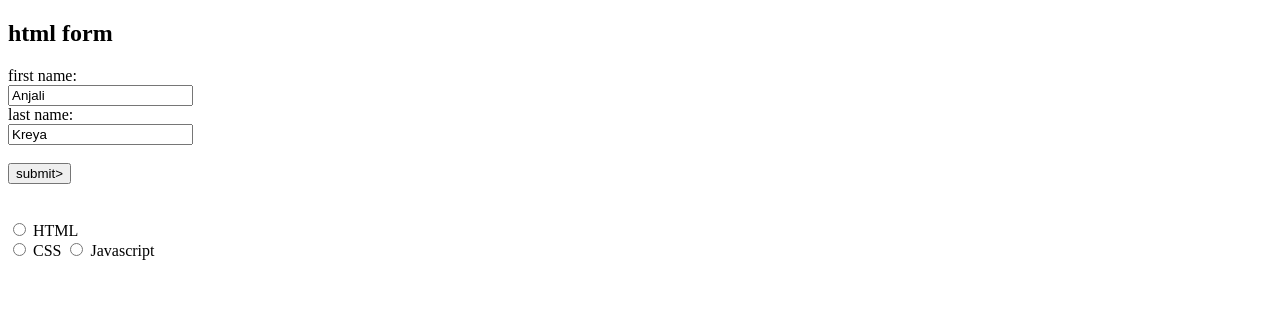
Repository: pratixa-chauhan/practice
Page: style/form.html
The author's editor kept a copy of each file at every save. The page is drawn from the files as they stood at one save, then again after the next save.
The browser window is 1280 px wide. The pictures show the whole page.

Above is the page before, as saved 2021-12-17 17:16:41.

After the next save:
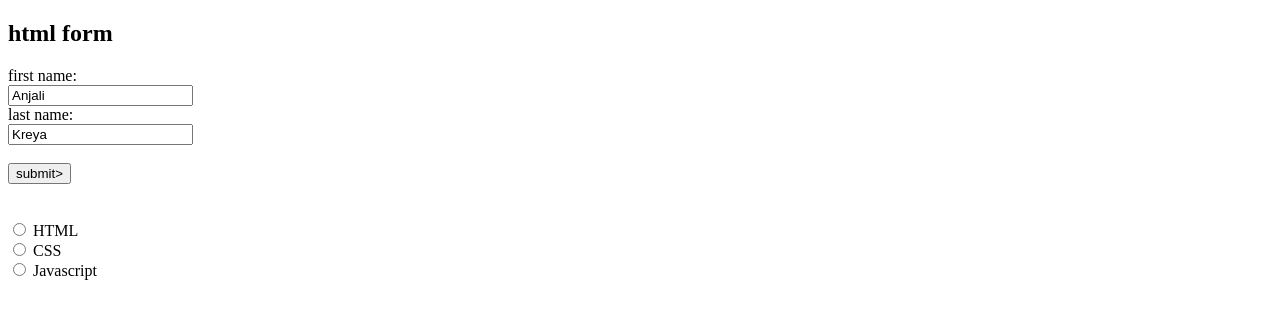
Saved 24 s later.
--- a/style/form.html
+++ b/style/form.html
@@ -14,7 +14,7 @@
        <input type="radio" id="html" name="fav_language" value="HTML">
        <label for="html">HTML</label><br>
        <input type="radio" id="css" name="fav_language" value="CSS">
-       <label for="css">CSS</label>
+       <label for="css">CSS</label><br>
        <input type="radio" id="javascript" name="fav_language" value="Javascript">
        <label for="javascript">Javascript</label>
 
